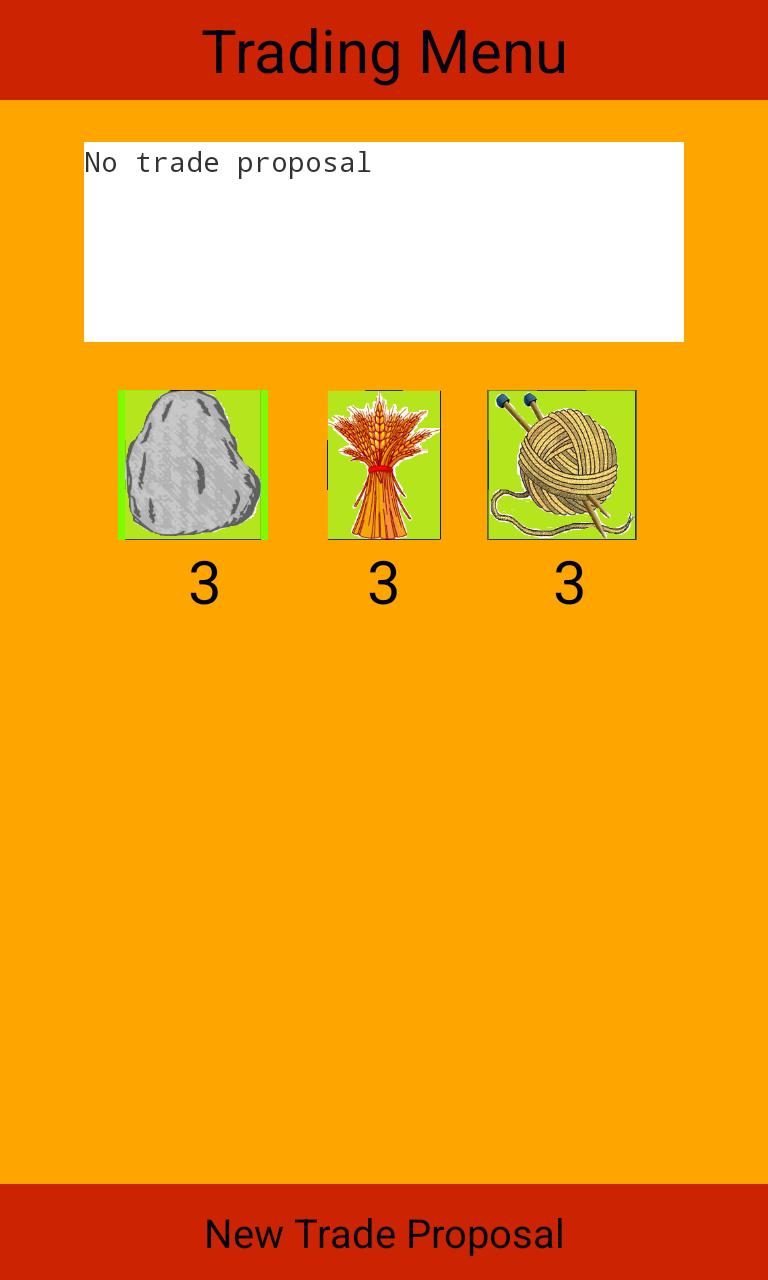
Repository: nidafarooqui/Trading-Game-Version-3
Layout: TaikunClient/res/layout/activity_taikun_game.xml
An editor plug-in stored every save of this project. The layout is shown before and after the next save, followed by the edit.
It is drawn on a 768 x 1280 px phone screen (xhdpi) without system bars, with theme AppTheme; the app's code is not run.

Above is the layout before, as saved 2014-08-17 00:40:21.

After the next save:
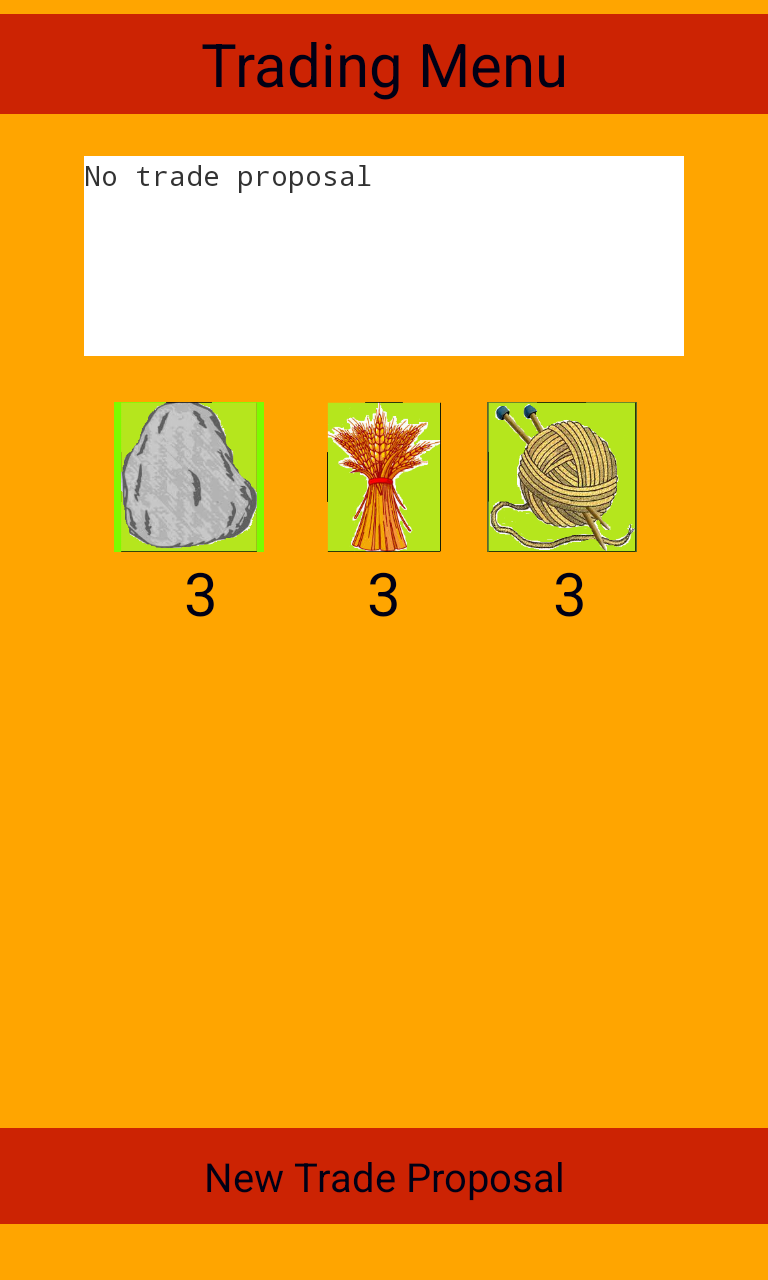
Saved 65 s later.
--- a/TaikunClient/res/layout/activity_taikun_game.xml
+++ b/TaikunClient/res/layout/activity_taikun_game.xml
@@ -9,13 +9,32 @@
         android:id="@+id/woolGoalState"
         android:layout_width="wrap_content"
         android:layout_height="wrap_content"
+        android:layout_alignBaseline="@+id/wheatGoalState"
         android:layout_alignBottom="@+id/wheatGoalState"
         android:layout_alignRight="@+id/woolImage"
         android:layout_below="@+id/woolImage"
+        android:layout_marginBottom="10dp"
         android:layout_marginRight="25dp"
         android:text="@string/woolTotal"
         android:textColor="@color/dark"
         android:textSize="30sp" />
+
+    <Button
+        android:id="@+id/buttonDeclineTrade"
+        style="?android:attr/buttonStyleSmall"
+        android:layout_width="match_parent"
+        android:layout_height="wrap_content"
+        android:layout_alignParentBottom="true"
+        android:layout_alignParentRight="true"
+        android:layout_marginBottom="28dp"
+        android:background="@color/darkorrange"
+        android:shadowColor="@color/lightgray"
+        android:text="New Trade Proposal"
+        android:textColor="@color/dark"
+        android:textSize="20sp"
+        android:textStyle="normal"
+        android:typeface="sans"
+        android:visibility="visible" />
 
     <ImageView
         android:id="@+id/woolImage"
@@ -26,6 +45,19 @@
         android:layout_toRightOf="@+id/wheatImage"
         android:background="@color/darkOliveGreen"
         android:src="@drawable/woolcard" />
+
+    <TextView
+        android:id="@+id/textView3"
+        android:layout_width="match_parent"
+        android:layout_height="50dp"
+        android:layout_alignParentTop="true"
+        android:layout_centerHorizontal="true"
+        android:layout_marginTop="7dp"
+        android:background="@color/darkorrange"
+        android:gravity="center_horizontal|center_vertical"
+        android:text="Trading Menu"
+        android:textColor="@color/dark"
+        android:textSize="30sp" />
 
     <ScrollView
         android:id="@+id/scrollView1"
@@ -52,6 +84,17 @@
         android:layout_centerHorizontal="true"
         android:src="@drawable/wheatcard" />
 
+    <ImageView
+        android:id="@+id/rockImage"
+        android:layout_width="75dp"
+        android:layout_height="75dp"
+        android:layout_alignLeft="@+id/scrollView1"
+        android:layout_below="@+id/scrollView1"
+        android:layout_marginLeft="15dp"
+        android:layout_marginTop="23dp"
+        android:background="@color/lawnGreen"
+        android:src="@drawable/rockcard" />
+
     <TextView
         android:id="@+id/rocksGoalState"
         android:layout_width="wrap_content"
@@ -73,43 +116,4 @@
         android:textColor="@color/dark"
         android:textSize="30sp" />
 
-    <Button
-        android:id="@+id/buttonDeclineTrade"
-        style="?android:attr/buttonStyleSmall"
-        android:layout_width="match_parent"
-        android:layout_height="wrap_content"
-        android:layout_alignParentBottom="true"
-        android:layout_alignParentLeft="true"
-        android:background="@color/darkorrange"
-        android:shadowColor="@color/lightgray"
-        android:text="New Trade Proposal"
-        android:textColor="@color/dark"
-        android:textSize="20sp"
-        android:textStyle="normal"
-        android:typeface="sans"
-        android:visibility="visible" />
-
-    <TextView
-        android:id="@+id/textView3"
-        android:layout_width="match_parent"
-        android:layout_height="50dp"
-        android:layout_alignParentLeft="true"
-        android:layout_alignParentTop="true"
-        android:background="@color/darkorrange"
-        android:gravity="center_horizontal|center_vertical"
-        android:text="Trading Menu"
-        android:textColor="@color/dark"
-        android:textSize="30sp" />
-
-    <ImageView
-        android:id="@+id/rockImage"
-        android:layout_width="75dp"
-        android:layout_height="75dp"
-        android:layout_alignLeft="@+id/scrollView1"
-        android:layout_below="@+id/scrollView1"
-        android:layout_marginLeft="17dp"
-        android:layout_marginTop="24dp"
-        android:background="@color/lawnGreen"
-        android:src="@drawable/rockcard" />
-
 </RelativeLayout>
